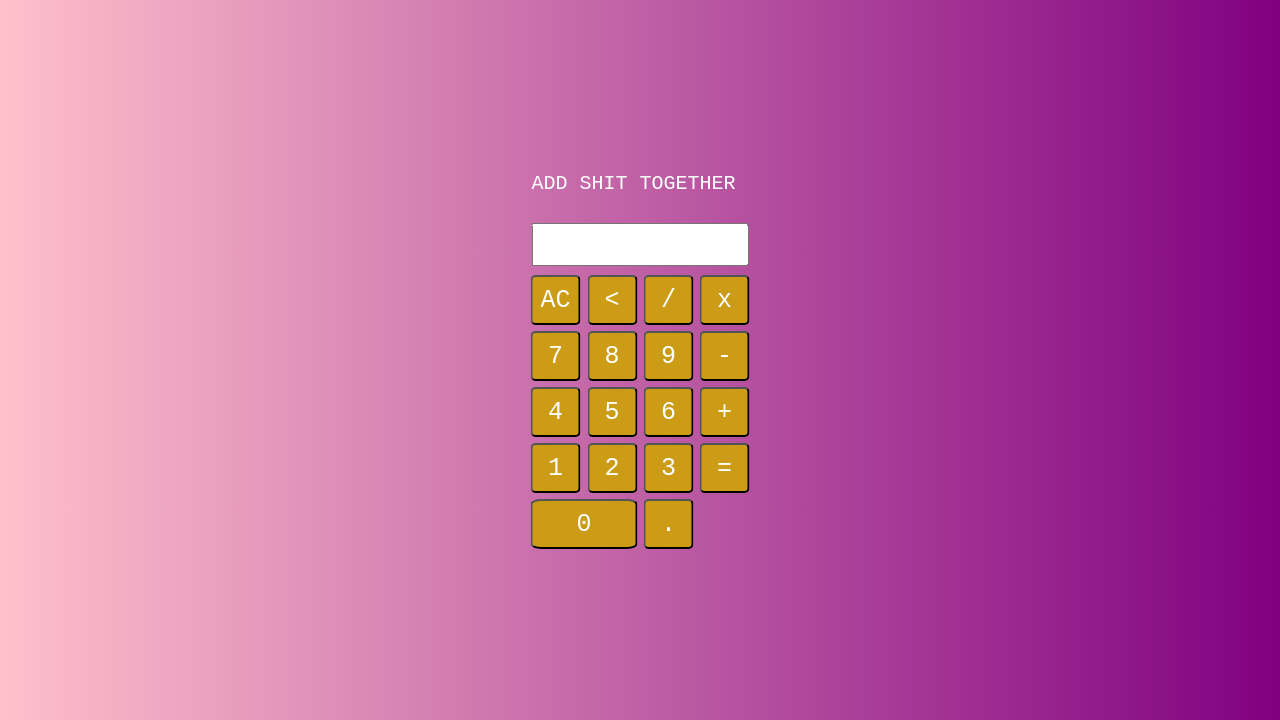
Repository: lacey-crenshaw/calculator
Page: index.html
The author's editor kept a copy of each file at every save. The page is drawn from the files as they stood at one save, then again after the next save.
The browser window is 1280 px wide. The pictures show the whole page.
Some web fonts or font styles are not loaded; a fallback is used.

Above is the page before, as saved 2020-02-14 10:22:15.

### index.html
<html>

<head>
    <link href="https://fonts.googleapis.com/css?family=Cutive+Mono&display=swap" rel="stylesheet">
    <link rel="stylesheet" href="style.css">
    <script>
        function insert(num) {
            document.form.textview.value = document.form.textview.value + num
        }

        function equal() {
            let exp = document.form.textview.value;
            if (exp) {
                document.form.textview.value = eval(exp)
            }
        }

        function ac() {
            document.form.textview.value = "";
        }

        function back() {
            let exp = document.form.textview.value;
            document.form.textview.value = exp.substring(0, exp.length - 1);
        }
    </script>
</head>

<body>
    <div class="bg"></div>
    <div class="main">
        <form name="form">
            <label class="labelText" for="form">ADD SHIT TOGETHER</label><br>
            <input class="textview" name="textview">
        </form>
        <table>
            <tr>
                <td><input class="button" type="button" value="AC" onclick="ac()"> </td>
                <td><input class="button" type="button" value="<" onclick="back()"> </td>
                <td><input class="button" type="button" value="/" onclick="insert('/')"> </td>
                <td><input class="button" type="button" value="x" onclick="insert('*')"> </td>
            </tr>
            <tr>
                <td><input class="button" type="button" value="7" onclick="insert(7)"></td>
                <td><input class="button" type="button" value="8" onclick="insert(8)"> </td>
                <td><input class="button" type="button" value="9" onclick="insert(9)"> </td>
                <td><input class="button" type="button" value="-" onclick="insert('-')"> </td>
            </tr>
            <tr>
                <td><input class="button" type="button" value="4" onclick="insert(4)"> </td>
                <td><input class="button" type="button" value="5" onclick="insert(5)"> </td>
                <td><input class="button" type="button" value="6" onclick="insert(6)"> </td>
                <td><input class="button" type="button" value="+" onclick="insert('+')"> </td>
            </tr>
            <tr>
                <td><input class="button" type="button" value="1" onclick="insert(1)"> </td>
                <td><input class="button" type="button" value="2" onclick="insert(2)"> </td>
                <td><input class="button" type="button" value="3" onclick="insert(3)"> </td>
                <td><input class="button" type="button" value="=" onclick="equal()"></td>
            </tr>
            <tr>
                <td colspan="2"><input class="button" id="zero" type="button" value="0" onclick="insert(0)">
                </td>
                <td><input class="button" type="button" value="." onclick="insert('.')"> </td>
            </tr>
        </table>
    </div>
</body>

</html>

### style.css
*{
    margin:0;
    padding:0;
}

.button {
    width: 50;
    height: 50;
    font-size: 25;
    margin: 2;
    cursor: pointer;
    background:  #cc9c17;
    color: white;
    font-family: 'Cutive Mono', monospace;
    border-radius: 10%;

}

.textview {
    width: 217;
    margin: 5;
    font-size: 25;
    padding: 5;
    color: #2b2d36;;
    font-family: 'Cutive Mono', monospace;

}

.labelText {
    display: flex;
    align-items: center;
    width: 217;
    margin: 5;
    font-size: 20;
    color: white;
    font-family: 'Cutive Mono', monospace
}

.main {
    position: absolute;
    top: 50%;
    left: 50%;
    transform: translateX(-50%) translateY(-50%);
}

.bg {
    background: linear-gradient(to right, pink, purple);
    height: 100%;
}

#zero {
    width: 107;
}

After the next save:
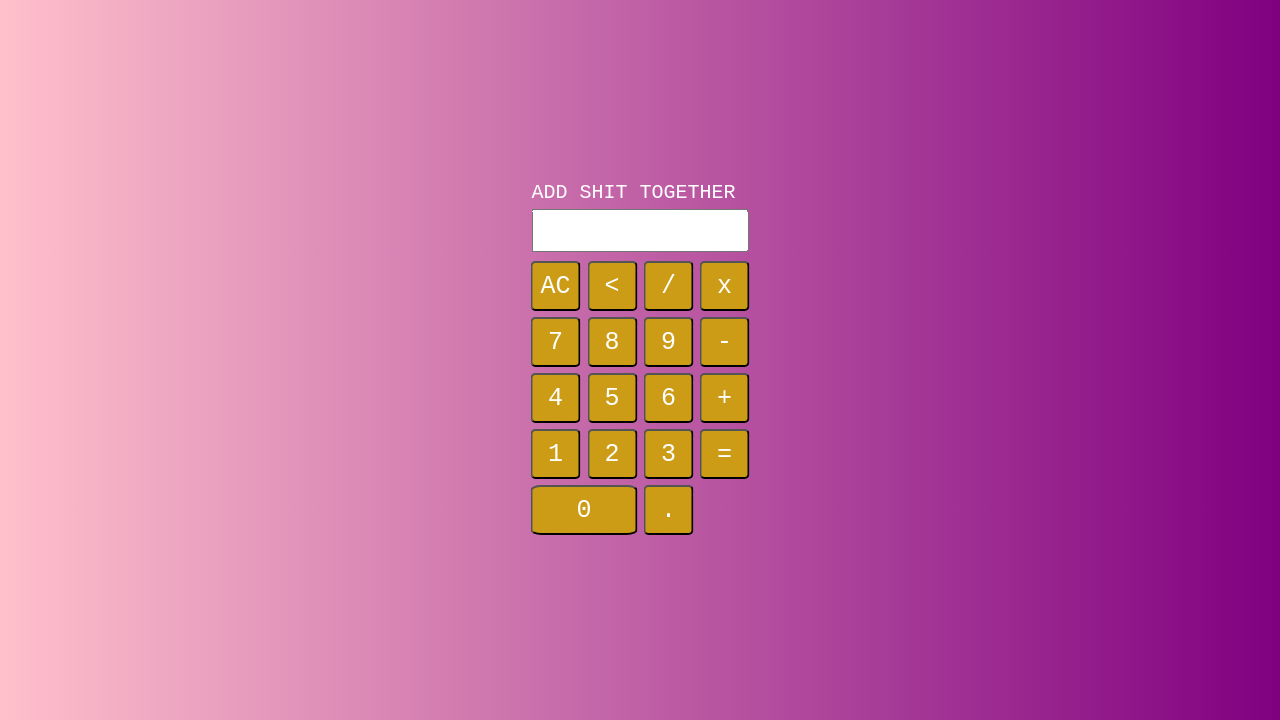
Saved 67 min 51 s later.
--- a/style.css
+++ b/style.css
@@ -27,8 +27,7 @@
 }
 
 .labelText {
-    display: flex;
-    align-items: center;
+
     width: 217;
     margin: 5;
     font-size: 20;
